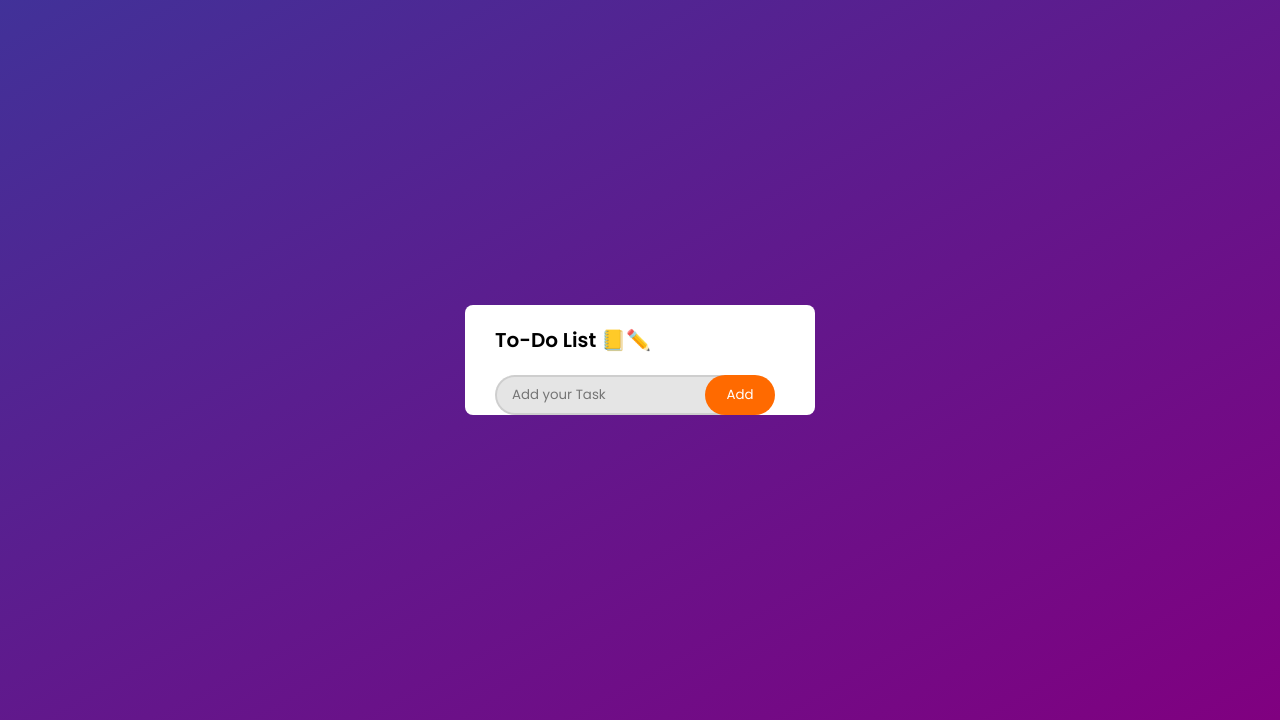
Repository: Ankitkr2021/To-Do-List
Page: index.html
The author's editor kept a copy of each file at every save. The page is drawn from the files as they stood at one save, then again after the next save.
The browser window is 1280 px wide. The pictures show the whole page.

Above is the page before, as saved 2025-10-03 12:26:35.

After the next save:
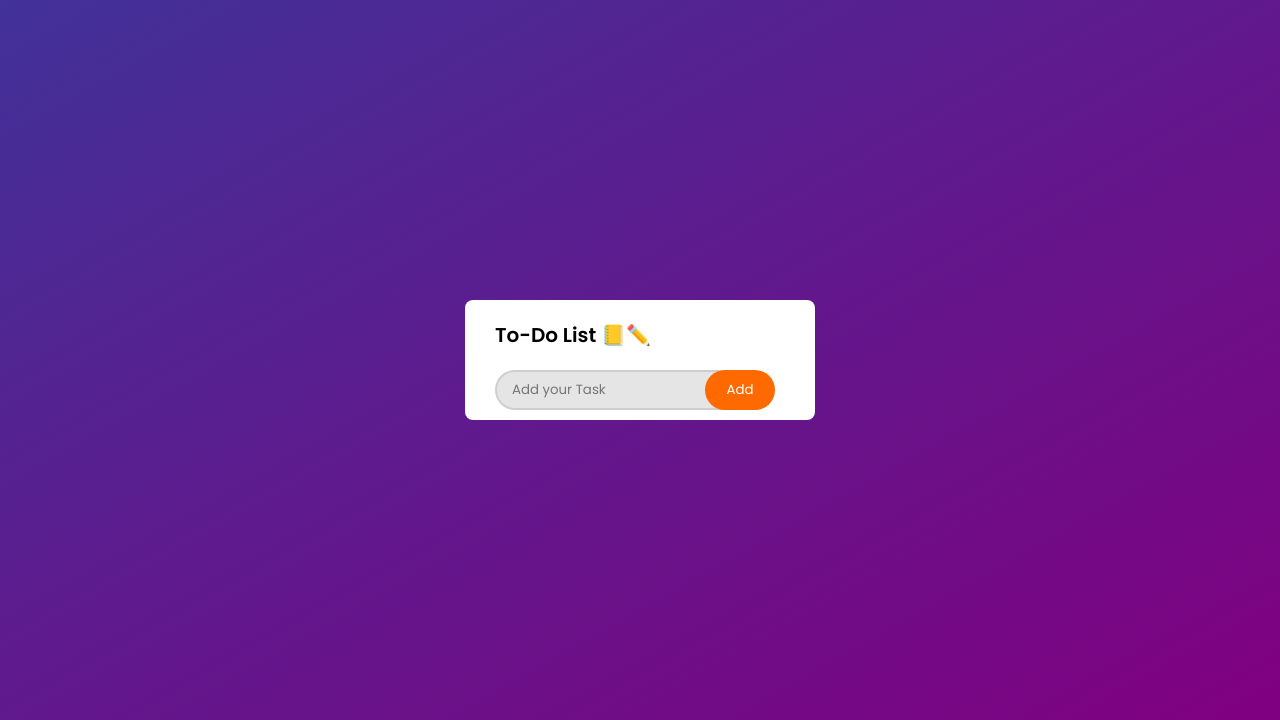
Saved 6 s later.
--- a/style.css
+++ b/style.css
@@ -32,7 +32,7 @@ body{
 
 .task {
     /* background: #000; */
-    padding: 0 30px 0px;
+    padding: 0 30px 10px;
     position: relative;
 }
 
